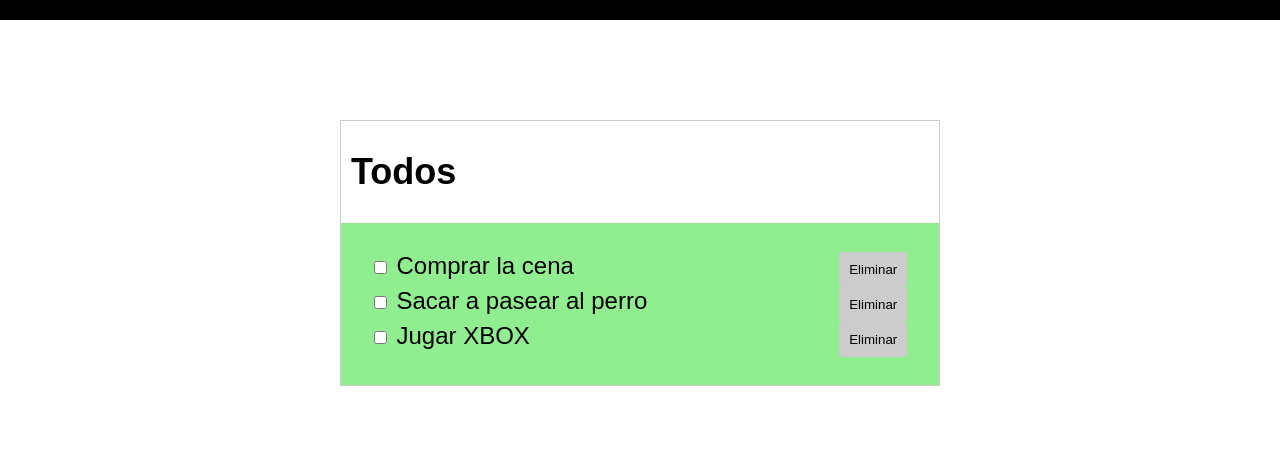
Repository: MauriVaz/Primer-app-con-Vue
Page: /
The author's editor kept a copy of each file at every save. The page is drawn from the files as they stood at one save, then again after the next save.
The browser window is 1280 px wide. The pictures show the whole page.
The project was rebuilt for these pictures with package versions that can differ from the ones it lists, and the page was loaded fresh each time. Also part of the build but not shown: vue.config.js.

Above is the page before, as saved 2022-12-13 03:53:05.

### public/index.html
<!DOCTYPE html>
<html lang="">
  <head>
    <meta charset="utf-8">
    <meta http-equiv="X-UA-Compatible" content="IE=edge">
    <meta name="viewport" content="width=device-width,initial-scale=1.0">
    <link rel="icon" href="<%= BASE_URL %>favicon.ico">
    <title><%= htmlWebpackPlugin.options.title %></title>
  </head>
  <body>
    <noscript>
      <strong>Por favor activa Javascript</strong>
    </noscript>
    <div id="app"></div>
    <!-- built files will be auto injected -->
  </body>
</html>

### src/App.vue
<template>
  <div id="header"></div>
  <div id="main-container">
    <h2>Todos</h2>
    <Todos v-bind:todoslist="copyTodos" />
  </div>
</template>

<script>
// import HelloWorld from './components/HelloWorld.vue'
// import Search from './components/Search.vue';
// import TodoAdd from "./components/TodoAdd.vue"
import Todos from './components/Todos';

export default {
  name: 'App',
  components: {
    Todos
  },
  data(){
    return{
      todos:[
        {
          id:0,
          title:"Comprar la cena",
          completed:false
        },{
          id:1,
          title:"Sacar a pasear al perro",
          completed:true
        },{
          id:2,
          title:"Jugar XBOX",
          completed:false
        }
      ],
      copyTodos:[]
    }
  },
  created(){
    this.copyTodos=[...this.todos]
  }
}
</script>

<style>
*{
  box-sizing: border-box;
}

body{
  font-family: Arial, Helvetica, sans-serif;
  font-size: 1.5em;
  padding: 0;
  margin: 0;
 }
 #main-container{
   border: solid 1px #ccc;
   width: 600px;
   margin: 100px auto;
  }
  #header{
  background:black;
  padding: 10px;
}
h2{
   padding: 0 10px;
 }

</style>

### src/components/Todos.vue
<template>
    <div class="container">
        <div v-bind:key="todo.id" v-for="todo in todoslist">
            <TodoItem v-bind:todo="todo"/>
        </div>
    </div>
</template>

<script>
import TodoItem from './TodoItem.vue';

export default{
    // eslint-disable-next-line vue/multi-word-component-names
    name: "Todos",
    props: ["todoslist"],
    components: { TodoItem }
}
</script>

<style>
.container{
    background-color: lightgreen;
    padding:4vh;
}
</style>

### src/components/TodoItem.vue
<template>
    <div>
        <div class="todo-body">
            <input type="checkbox" />
            {{todo.title}}
        </div>
        <div class="todo-actions">
            <button>Eliminar</button>
        </div>
    </div>
</template>

<script>
export default{
    name:"TodoItem",
    props:['todo']
}
</script>

<style scoped>
    .todo{
        border-bottom:solid 1px #ccc
    }

    .todo:not(.completed):hover{
        background-color: #eee;
    }

    .completed{
        color:#ccc;
        text-decoration: line-through;
    }

    .completed .todo-body{
        text-decoration: line-through;
    }

    .todo-body, .todo-actions{
        display: inline-block;
        vertical-align: top;
    }

    .todo-body{
        width: 85%;
    }

    .todo-actions{
        padding: 0 10px;
        width: 10%;
    }

    button{
        border: none;
        border-radius: 3px;
        padding: 10px;
        background-color: #ccc;
        color:black
    }

    button:hover{
        background-color: #da2020;
        color:white
    }


</style>

Loaded but not shown: src/main.js (common file)

After the next save:
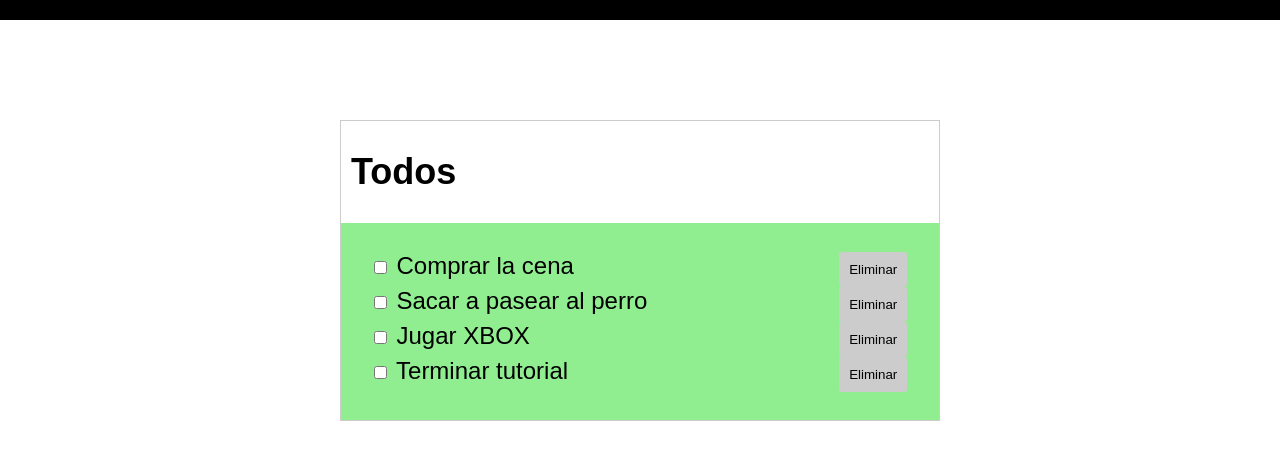
Saved 102 s later.
--- a/src/App.vue
+++ b/src/App.vue
@@ -32,6 +32,11 @@ export default {
           id:2,
           title:"Jugar XBOX",
           completed:false
+        },
+        {
+          id:3,
+          title:"Terminar tutorial",
+          completed:true
         }
       ],
       copyTodos:[]
